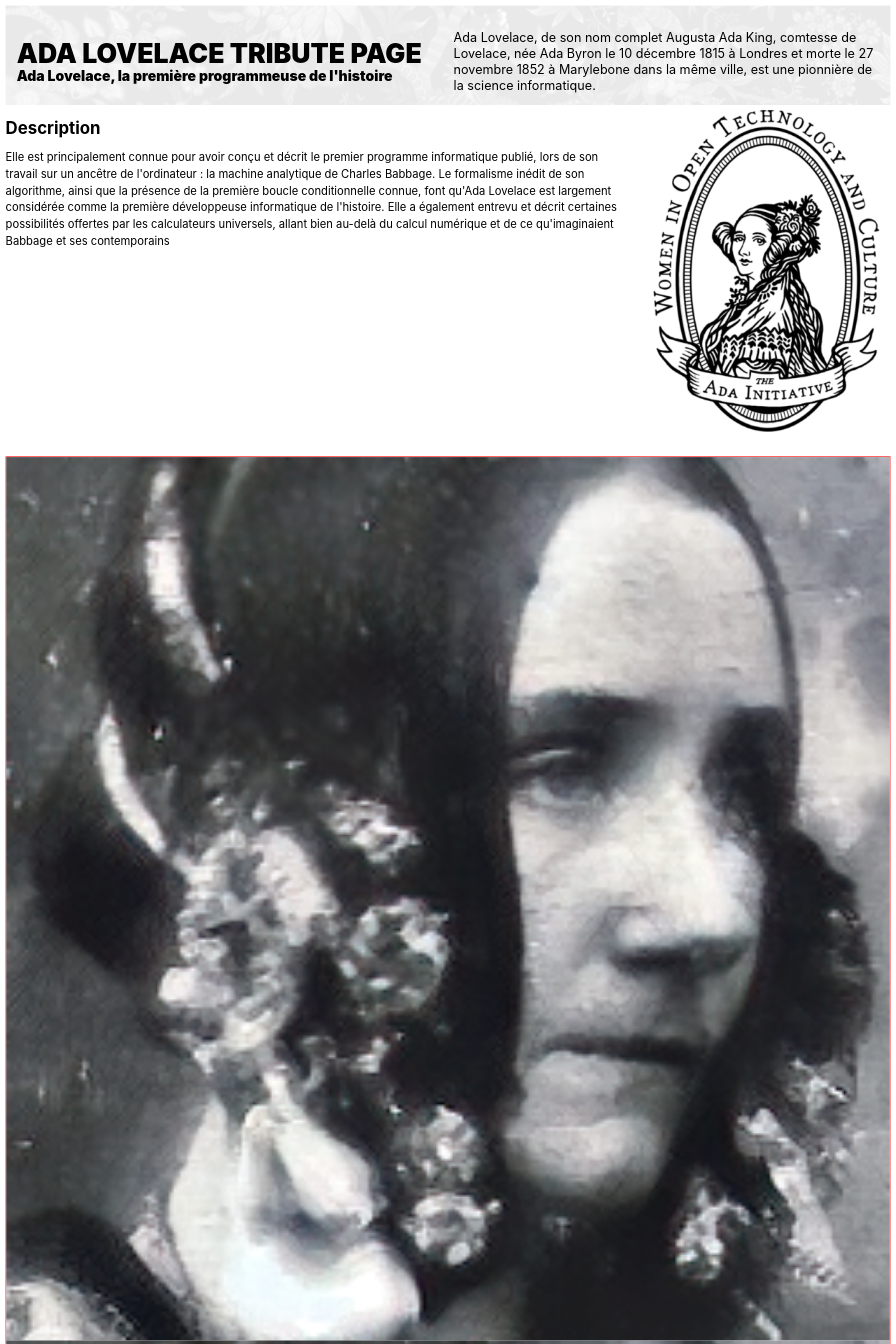
Repository: b3no1t/integration-training
Page: onepage-adalovelace/src/index.html
The author's editor kept a copy of each file at every save. The page is drawn from the files as they stood at one save, then again after the next save.
The browser window is 1280 px wide. The pictures show the part of the page from y = 0 to 1920 px (the page is 5844 px tall), at 70% of full size.

Above is the page before, as saved 2025-01-29 17:45:06.

### onepage-adalovelace/src/index.html
<!DOCTYPE html>
<html lang="en">
<head>
 <meta charset="UTF-8">
 <meta name="viewport" content="width=device-width, initial-scale=1.0">
 <link rel="preconnect" href="https://fonts.googleapis.com">
<link rel="preconnect" href="https://fonts.gstatic.com" crossorigin>
<link href="https://fonts.googleapis.com/css2?family=Open+Sans:ital,wght@0,300..800;1,300..800&display=swap" rel="stylesheet">
<link rel="stylesheet" href="./assets/css/style.css">
 <title>ADA LOVELACE</title>
</head>
<body>

<div class="wrapper">


<header>
 <div class="intro">

 <div>
  <h2>
   ADA LOVELACE TRIBUTE PAGE
   <span>
    Ada Lovelace, la première programmeuse de l'histoire
   </span>
  </h2>
 </div>

 <div>
  <p>
   Ada Lovelace, de son nom complet Augusta Ada King, comtesse de Lovelace, née Ada Byron le 10 décembre 1815 à Londres et morte le 27 novembre 1852 à Marylebone dans la même ville, est une pionnière de la science informatique.
  </p>
 </div>

 </div>
</header>

<main>
 <section class="description">
   <div class="description-content">
    <h2>Description</h2>
    <p>
      Elle est principalement connue pour avoir conçu et décrit le premier programme informatique publié, lors de son travail sur un ancêtre de l'ordinateur : la machine analytique de Charles Babbage. Le formalisme inédit de son algorithme, ainsi que la présence de la première boucle conditionnelle connue,
      font qu'Ada Lovelace est largement considérée comme la première développeuse informatique de l'histoire. Elle a également entrevu et décrit certaines possibilités offertes par les calculateurs universels, allant bien au-delà du calcul numérique et de ce qu'imaginaient Babbage et ses contemporains
    </p>
  </div>
  <img src="./assets/img/ada-illu.png">
 </section>

 <section class="gallery">
  <!-- 4 imageshorizontale -->
  <img src="./assets/img/ada-photo.png" alt="photostration d'Ada Lovealace">
  <img src="./assets/img/ada-photo.png" alt="photostration d'Ada Lovealace">
  <img src="./assets/img/ada-photo.png" alt="photostration d'Ada Lovealace">
  <img src="./assets/img/ada-photo.png" alt="photostration d'Ada Lovealace">
 </section>
 <section>
  <!-- une image pleine largeur en fond avec du texte par dessus -->
 </section>

 <section>
  <h2></h2>
  <p></p>
 </section>
 <section>
  <h2></h2>
  <p></p>
 </section>
</main>
<footer>
 <img src="" alt="">
</footer>

</body>
</html>

### onepage-adalovelace/src/assets/css/style.css
/*
* ADA Lovelace Style one page tribute
*/

 @import url(_reset.css);
 @import url(_main.css);
 @import url(_section.css);

### onepage-adalovelace/src/assets/css/_main.css
/*
* ADA Style
*/
* {
  font-family: -apple-system,"Open Sans",  BlinkMacSystemFont,
    Roboto, Oxygen, Ubuntu, Cantarell,"Helvetica Neue", sans-serif;
}

main > * + * {
  margin-top: 2em;
  border: 1px solid red;
}

.main-grid{
  width: 100%;
  display: grid;
  grid-template-columns: .5rem 1f .5rem;
  gap: 1em;
  @media (min-width: 640px) {
    max-width: 1300px;
    grid-template-columns: 1.5rem 1f 1.5rem;
  }
}

/* layout*/
.full-width {
  width: 100%;

  margin: 0;
  background-image: url(../../assets/img/ada-illu2.png);
  background-size: cover;
  display: flex;
  justify-content: flex-end;




/*content*/

.content {
  font-size: 26px;
  line-height: 42px;
  font-weight: 600;
}
h1 {
  font-size: 4rem;
  font-weight: 900;

h2 {
  font-size: 2rem;
  line-height: 23px;
}
p {
  font-size: 1.2rem;
}
/* SECTION DESCRIPTION */
.description{
 & p{
  columns:320px 2;
  column-gap: 2rem;
  font-size: 1rem;
 }
}
.container-description{
 display: flex;
 justify-content: space-between;
 & p{
  flex-basis: 66%;
 }
 & img{}
}

### onepage-adalovelace/src/assets/css/_section.css
/*
* ADA Style: section
*/

section {
}

.intro {
  background-image: url(../img/bg-header.png);
  background-size: cover;
  display: flex;
  justify-content: space-between;
  gap: 1rem;
  padding: 1em;
  flex-direction: column;
  @media (min-width: 640px) {
    flex-direction: row;
  }

  & div {
    width: 100%;
    @media (min-width: 640px) {
      width: 50%;
    }
  }
  & p {
    font-size: 18px;
    line-height: 23px;
  }
  & h2 {
    font-size: 38px;
    display: block;
    font-weight: 900;
  }
  & span {
    display: block;
    font-size: 20px;
  }
}
/*
* DESCRIPTION  ----------------------
*/
.description {
  display: flex;
  flex-direction: column;
  justify-content: space-between;
  gap: 1em;
  @media (min-width: 640px) {
    flex-direction: row;
  }
  & img {
    width: 50%;
    margin-inline: auto;
    @media (min-width: 640px) {
      width: 100%;
    }
  }
}
.description-content {
  columns: auto, 1;
  column-gap: 0.5em;
  @media (min-width: 640px) {
    columns: 300px, 2;
    column-gap: 1em;
  }
}

.gallery {
  display: flex;
  flex-direction: column;
  flex-basis: 100%;
  flex: 1;
  & img {
    width: 50%;
    aspect-ratio: 1/1;
    object-fit: cover;
    @media (min-width: 640px) {
      width: 100%;
    }
  }
}

Loaded but not shown: onepage-adalovelace/src/assets/css/_reset.css (common file)

After the next save:
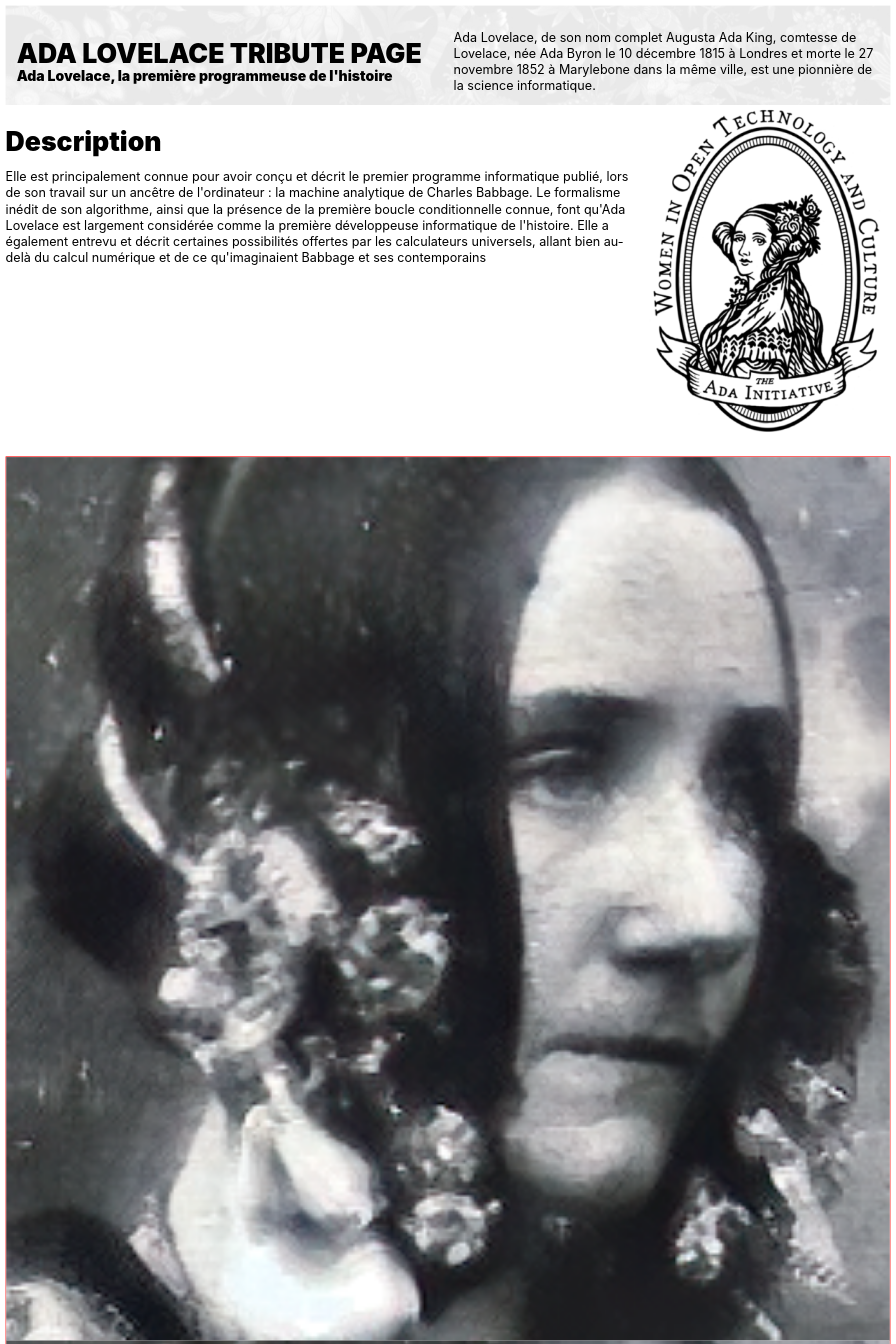
Saved 15 h 34 min later.
--- a/onepage-adalovelace/src/assets/css/_section.css
+++ b/onepage-adalovelace/src/assets/css/_section.css
@@ -56,9 +56,19 @@
     }
   }
 }
+
 .description-content {
   columns: auto, 1;
   column-gap: 0.5em;
+  & h2 {
+    font-size: 38px;
+    display: block;
+    font-weight: 900;
+  }
+  & p {
+    font-size: 18px;
+    line-height: 23px;
+  }
   @media (min-width: 640px) {
     columns: 300px, 2;
     column-gap: 1em;
